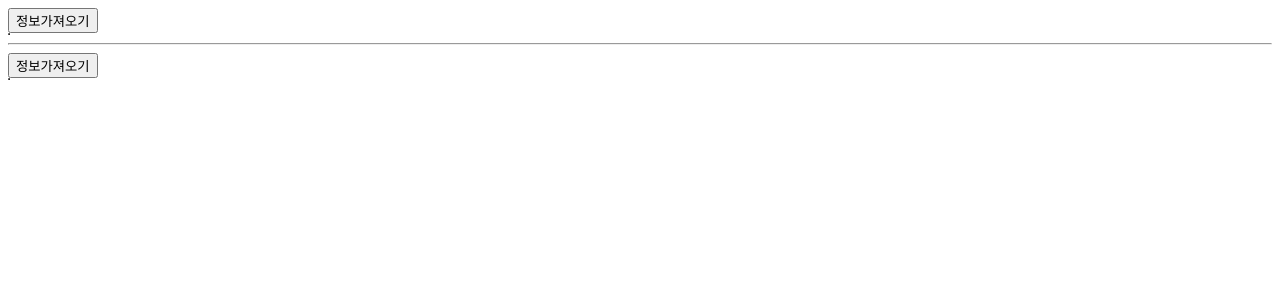
Repository: shyeom94/jspstudy
Page: 01_servlet/src/main/webapp/pkg08_ajax/NewFile.html
The author's editor kept a copy of each file at every save. The page is drawn from the files as they stood at one save, then again after the next save.
The browser window is 1280 px wide. The pictures show the whole page.

Above is the page before, as saved 2024-03-04 03:34:14.

### 01_servlet/src/main/webapp/pkg08_ajax/NewFile.html
<!DOCTYPE html>
<html>
<head>
<meta charset="UTF-8">
<title>pkg08_ajax</title>
<!-- CDN을 이용하기 -->
<script
src="https://code.jquery.com/jquery-3.7.1.min.js"
integrity="sha256-/JqT3SQfawRcv/BIHPThkBvs0OEvtFFmqPF/lYI/Cxo="
crossorigin="anonymous">
</script>
</head>
<body>

  <div>
    <button type="button" id="btn1">정보가져오기</button>
  </div>
  <table border="1">
    <tbody id="contents1"></tbody>
  </table>
  <script>

  // XML 데이터 요청

  const getData1 = ()=>{
	  // alert("Hello");

	  const options = {
			  method: 'GET'
	  }
	  // fetch(): ES6 문법
	  fetch('/servlet/getData1', options) // ajax 비동기 처리. fetch 반환값: Promise 객체
/* 	   .then((response)=>{ // .then(이행함수(응답데이터), 거부함수(:생략 가능))
		   if(response.ok){
			   return response.text(); // XML 데이터 요청
		   }
	   })  */
	   .then(response=>response.text()) // XML 데이터 요청. 위의 코드를 생략하여 작성
	   .then(resData=>{
		   // console.log(resData); // XML 데이터 받음.

		   // String 타입 resData를 XML Document 로 변경하기
		   const domParser = new DOMParser();
		   const xmlDoc = domParser.parseFromString(resData, 'application/xml');

		   // console.log(xmlDoc); // 콘솔에 XML 데이터 띄우기/

		   // <tbody id="contents1"></tbody>
		   const contents1 = document.getElementById('contents1');
		   contents1.innerHTML = '';

		   // <weather year=""
		   const weather = xmlDoc.getElementsByTagName('weather')[0];
		   contents1.innerHTML += '<tr><td colspan="3">'
			                     + weather.getAttribute('year') + '-'
			                     + weather.getAttribute('month') + '-'
			                     + weather.getAttribute('day') + '&nbsp;'
			                     + weather.getAttribute('hour') + '시</td></tr>';

			 // <local desc="맑음" ta="4.5">속초</local>
			 const locals = xmlDoc.getElementsByTagName('local');
			 for (let i = 0; i < locals.length; i++){
				 let str = '<tr>';
				 str += '<td>' + locals[i].textContent + '</td>';
				 str += '<td>' + locals[i].getAttribute('desc') + '</td>';
				 str += '<td>' + locals[i].getAttribute('ta') + '</td>';
				 str += '</tr>';
				 contents1.innerHTML += str;

			 }

	   })
  }

  document.getElementById("btn1").addEventListener('click', getData1);

  </script>

  <hr>

  <div>
    <button type="button" id="btn2">정보가져오기</button>
  </div>
  <table border="1">
    <tbody id="contents2"></tbody>
  </table>
  <script>

  const getData2 = ()=>{
	  // alert('Hola');
	  $.ajax({
		  /* 요청 property */
		  type: 'GET',
		  url: '/servlet/getData2',
		  /* 응답 property */
		  dataType: 'json',   // 'xml', 'json'

		  /*
		  success: (resData)=>{
		  },
		  error: (jqXHR)=> {
		  }
		  */

	  }).done((resData)=>{
		  // $.each(배열, 함수(인덱스, 요소){  })
		  $.each(resData.items.item, (i, elem)=>{
			  let str = '<tr>';
			  str += '<td>' + elem.occrrnc_dt + '</td>';
			  str += '<td>' + elem.dth_dnv_cnt + '</td>';
			  str += '<td>' + elem.injpsn_cnt + '</td>';
			  str += '</tr>';
			  $('#contents2').append(str);

		  })
		  console.log(resData);

	  }).fail((jqXHR)=>{

		  alert(jqXHR.responseText + '(' + jqXHR.status + ')');

	  })
  }

  $('#btn2').on('click', getData2);

  </script>

</body>
</html>

After the next save:
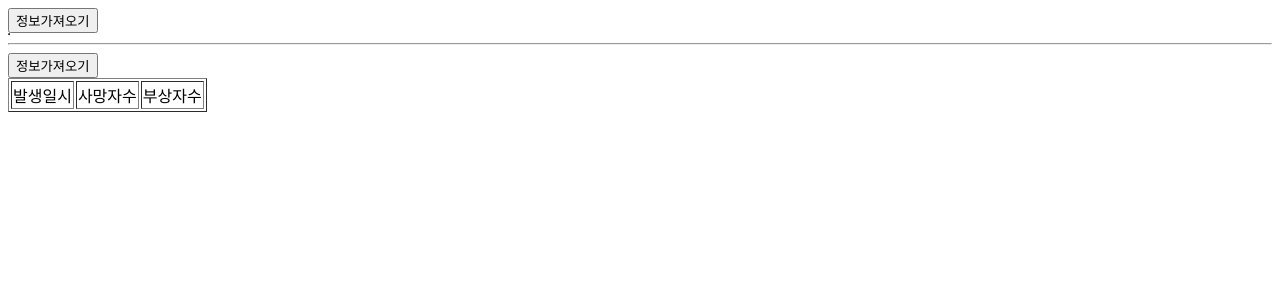
Saved 2 min 1 s later.
--- a/01_servlet/src/main/webapp/pkg08_ajax/NewFile.html
+++ b/01_servlet/src/main/webapp/pkg08_ajax/NewFile.html
@@ -82,6 +82,16 @@ crossorigin="anonymous">
     <button type="button" id="btn2">정보가져오기</button>
   </div>
   <table border="1">
+
+ <thead>
+ <tr>
+ <td>발생일시</td>
+ <td>사망자수</td>
+ <td>부상자수</td>
+ </tr>
+ </thead>
+
+
     <tbody id="contents2"></tbody>
   </table>
   <script>
